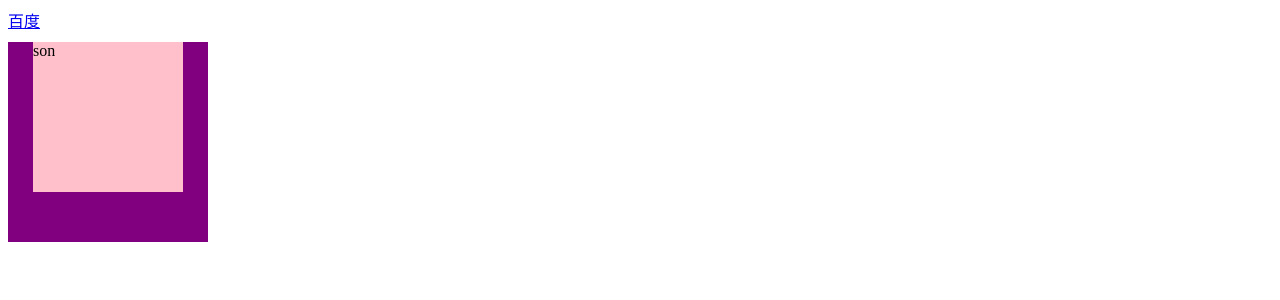
Repository: Sky0258/study
Page: js/阻止默认行为.html
The author's editor kept a copy of each file at every save. The page is drawn from the files as they stood at one save, then again after the next save.
The browser window is 1280 px wide. The pictures show the whole page.

Above is the page before, as saved 2022-09-12 11:05:52.

After the next save:
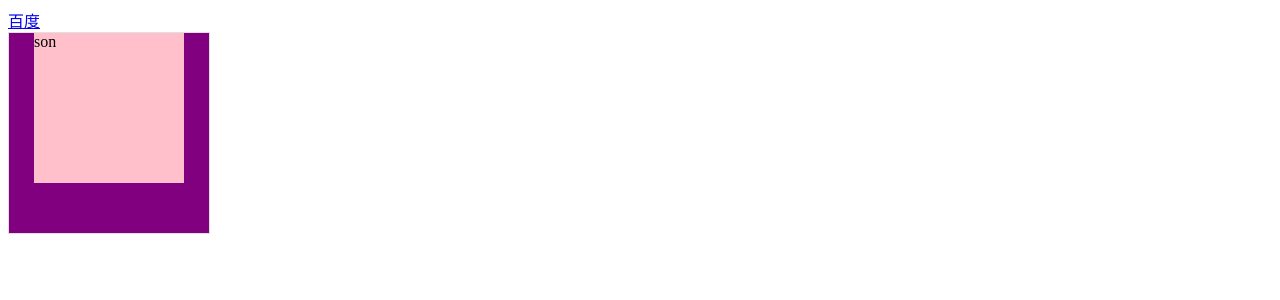
Saved 18 s later.
--- a/js/阻止默认行为.html
+++ b/js/阻止默认行为.html
@@ -12,13 +12,13 @@
         width: 200px;
         height: 200px;
         background-color: purple;
+        border: 1px solid #e0e0e0;
     }
     .son {
         width: 150px;
         height: 150px;
         background-color: pink;
         margin: auto;
-        margin-top: 10px;
     }
 </style>
 <body>
